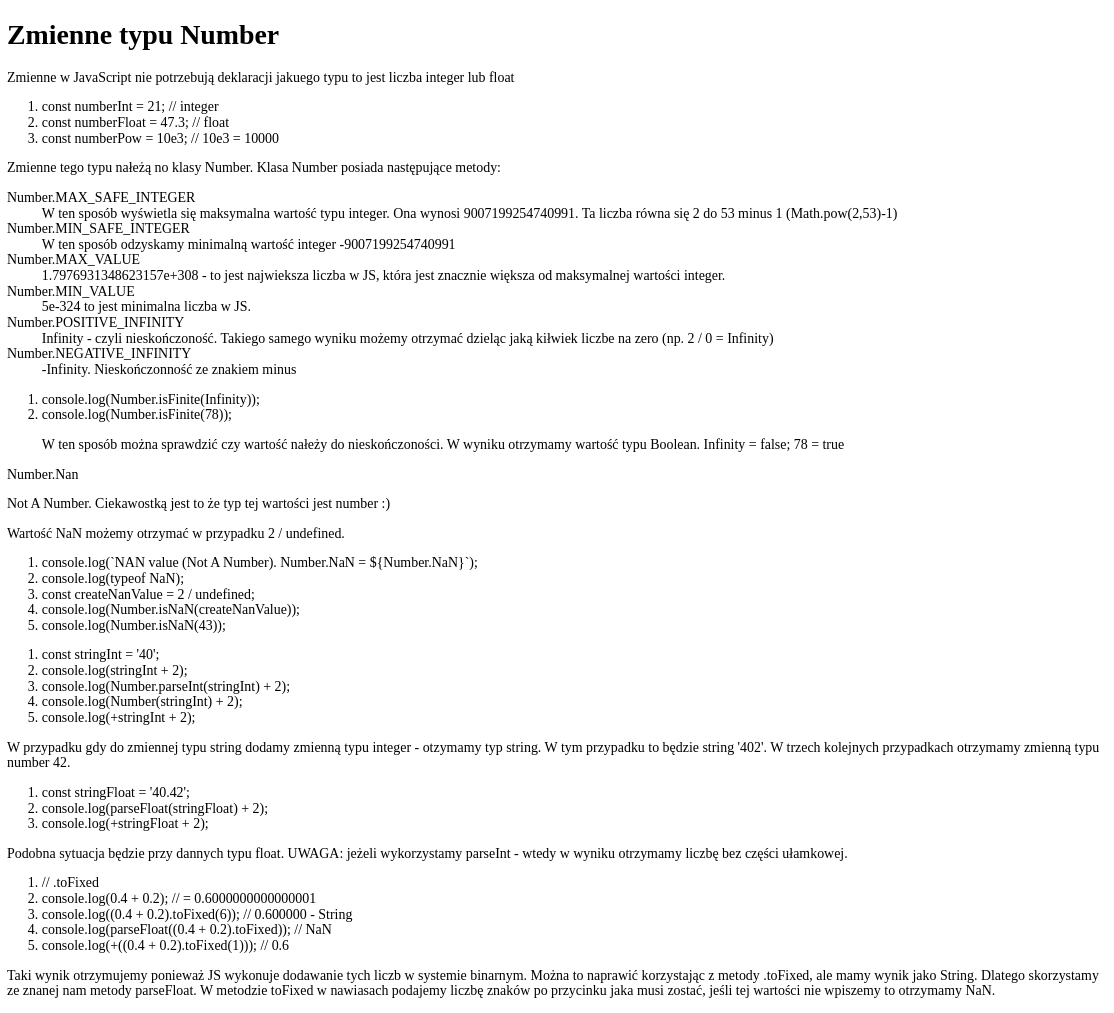
Repository: romanstetsiuk1/JS_learn
Page: number.html
These files come from the project's save history. The page is drawn as it stood at one moment and after the next save; the edit follows.
The browser window is 1280 px wide. The pictures show the whole page, at 87% of full size.

Above is the page before, as saved 2020-08-14 11:11:07.

### number.html
<!DOCTYPE html>
<html lang="en, pl">
<head>
  <meta charset="UTF-8">
  <title>Number variables</title>
</head>
<body>

  <main>
    <h1>Zmienne typu Number</h1>

    <article>
      <p>Zmienne w JavaScript nie potrzebują deklaracji jakuego typu to jest liczba integer lub float</p>
      <div class="vsCode">
        <ol>
          <li>const numberInt = 21;       // integer</li>
          <li>const numberFloat = 47.3;   // float</li>
          <li>const numberPow = 10e3;     // 10e3 = 10000</li>
        </ol>
      </div>
    </article>

    <article>
      <p>Zmienne tego typu nałeżą no klasy Number.
        Klasa Number posiada następujące metody:
      </p>
      <dl>
        <dt>Number.MAX_SAFE_INTEGER</dt>
        <dd>W ten sposób wyświetla się maksymalna wartość typu integer.
          Ona wynosi 9007199254740991. Ta liczba równa się 2 do 53 minus 1 (Math.pow(2,53)-1)
        </dd>

        <dt>Number.MIN_SAFE_INTEGER</dt>
        <dd>W ten sposób odzyskamy minimalną wartość integer -9007199254740991</dd>

        <dt>Number.MAX_VALUE</dt>
        <dd>1.7976931348623157e+308 - to jest najwieksza liczba w JS, która jest
          znacznie większa od maksymalnej wartości integer.
        </dd>

        <dt>Number.MIN_VALUE</dt>
        <dd>5e-324 to jest minimalna liczba w JS.</dd>

        <dt>Number.POSITIVE_INFINITY</dt>
        <dd>Infinity - czyli nieskończoność. Takiego samego wyniku
          możemy otrzymać dzieląc jaką kiłwiek liczbe na zero (np. 2 / 0 = Infinity)
        </dd>

        <dt>Number.NEGATIVE_INFINITY</dt>
        <dd>-Infinity. Nieskończonność ze znakiem minus</dd>

        <dt><div class="vsCode">
          <ol>
            <li>console.log(Number.isFinite(Infinity));</li>
            <li>console.log(Number.isFinite(78));</li>
          </ol>
        </div></dt>
        <dd>W ten sposób można sprawdzić czy wartość nałeży do nieskończoności. W
          wyniku otrzymamy wartość typu Boolean. Infinity = false; 78 = true
        </dd>

      </dl>
    </article>

    <article>
      <p>Number.Nan</p>
      <p>Not A Number. Ciekawostką jest to że typ tej wartości jest number :)</p>
      <p>Wartość NaN możemy otrzymać w przypadku 2 / undefined.</p>
      <div class="vsCode">
        <ol>
          <li>console.log(`NAN value (Not A Number). Number.NaN = ${Number.NaN}`);</li>
          <li>console.log(typeof NaN);</li>
          <li>const createNanValue = 2 / undefined;</li>
          <li>console.log(Number.isNaN(createNanValue));</li>
          <li>console.log(Number.isNaN(43));</li>
        </ol>
      </div>
    </article>

    <article>
      <div class="vsCode">
        <ol>
          <li>const stringInt = '40';</li>
          <li>console.log(stringInt + 2);</li>
          <li>console.log(Number.parseInt(stringInt) + 2);</li>
          <li>console.log(Number(stringInt) + 2);</li>
          <li>console.log(+stringInt + 2);</li>
        </ol>
      </div>
      <p>W przypadku gdy do zmiennej typu string dodamy zmienną typu integer - otzymamy
        typ string. W tym przypadku to będzie string '402'. W trzech kolejnych przypadkach
        otrzymamy zmienną typu number 42.
      </p>

      <div class="vsCode">
        <ol>
          <li>const stringFloat = '40.42';</li>
          <li>console.log(parseFloat(stringFloat) + 2);</li>
          <li>console.log(+stringFloat + 2);</li>
        </ol>
      </div>
      <p>Podobna sytuacja będzie przy dannych typu float. UWAGA: jeżeli
        wykorzystamy parseInt - wtedy w wyniku otrzymamy liczbę bez części ułamkowej.
      </p>
    </article>

    <article>
      <div class="vsCode">
        <ol>
          <li>// .toFixed</li>
          <li>console.log(0.4 + 0.2);     // = 0.6000000000000001</li>
          <li>console.log((0.4 + 0.2).toFixed(6));      // 0.600000 - String</li>
          <li>console.log(parseFloat((0.4 + 0.2).toFixed));  // NaN</li>
          <li>console.log(+((0.4 + 0.2).toFixed(1)));       // 0.6</li>
        </ol>
      </div>
      <p>Taki wynik otrzymujemy ponieważ JS wykonuje dodawanie tych liczb w systemie binarnym.
        Można to naprawić korzystając z metody .toFixed, ale mamy wynik jako String. Dlatego
        skorzystamy ze znanej nam metody parseFloat. W metodzie toFixed w nawiasach podajemy
        liczbę znaków po przycinku jaka musi zostać, jeśli tej wartości nie wpiszemy to otrzymamy NaN.
      </p>
    </article>



  </main>

</body>
</html>

After the next save:
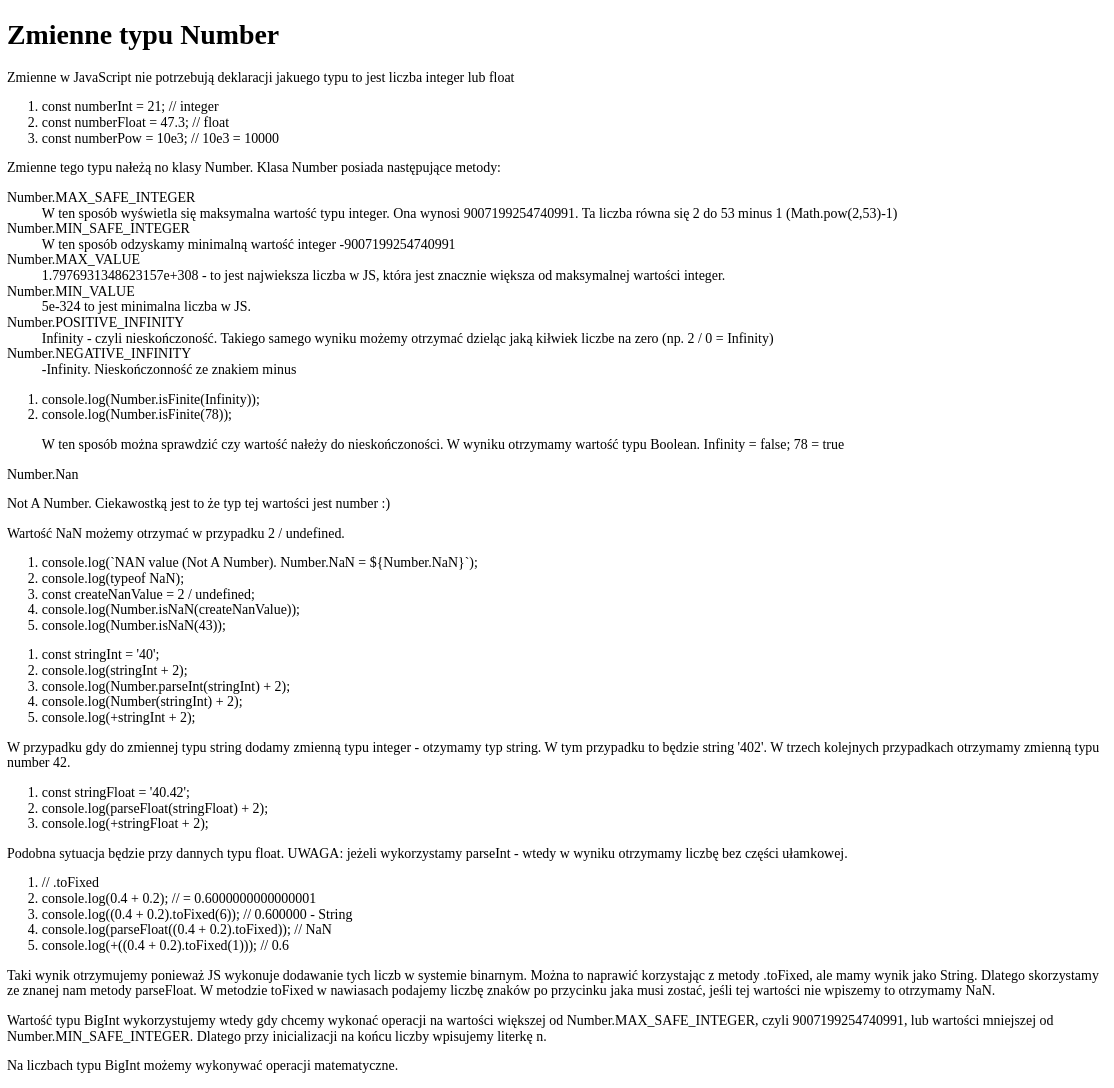
Saved 29 s later.
--- a/number.html
+++ b/number.html
@@ -121,6 +121,16 @@
       </p>
     </article>
 
+    <article>
+      <div class="vsCode">
+
+      </div>
+      <p>Wartość typu BigInt wykorzystujemy wtedy gdy chcemy wykonać operacji na wartości większej
+      od Number.MAX_SAFE_INTEGER, czyli 9007199254740991, lub wartości mniejszej od Number.MIN_SAFE_INTEGER.
+      Dlatego przy inicializacji na końcu liczby wpisujemy literkę n.</p>
+      <p>Na liczbach typu BigInt możemy wykonywać operacji matematyczne.</p>
+    </article>
+
 
 
   </main>
